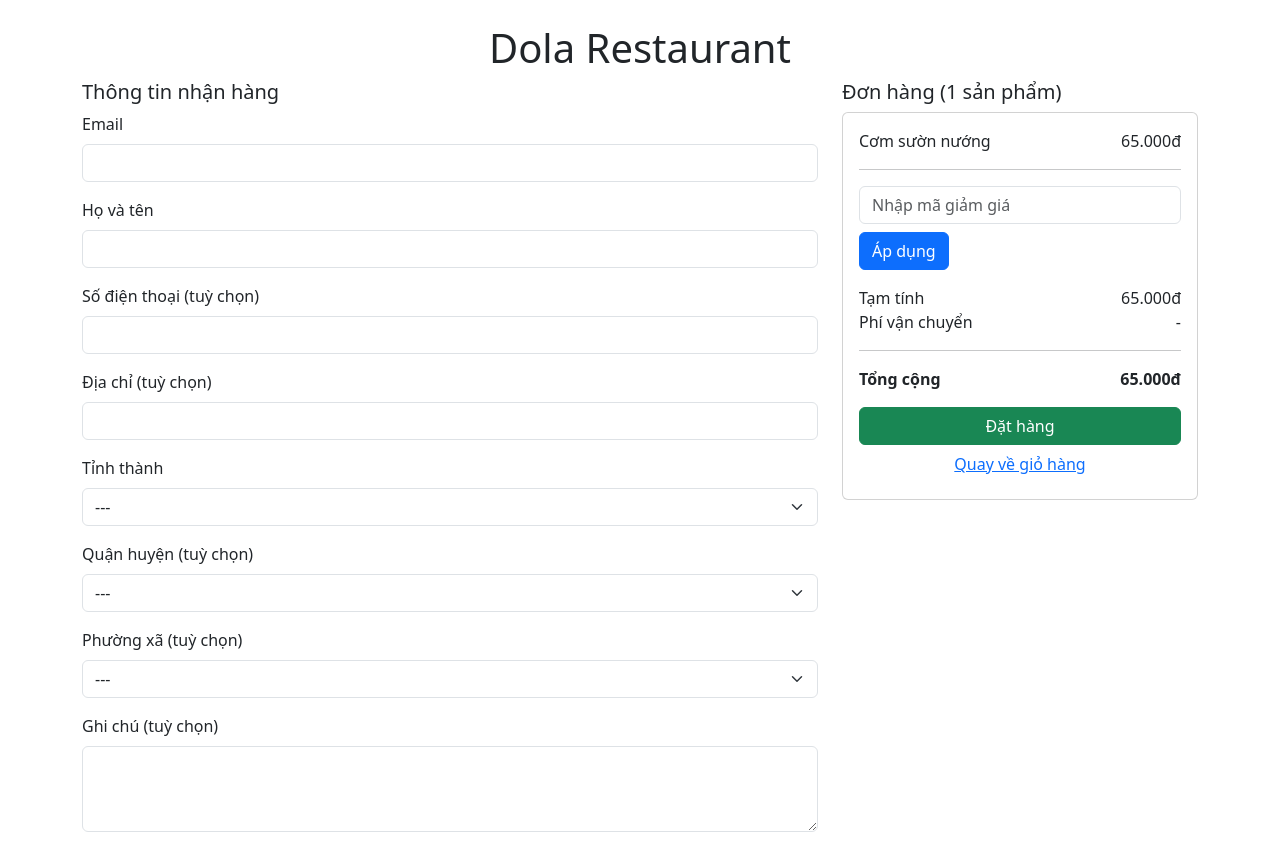
Repository: HoangKhangKhuPho4/Project_Web
Page: payment.html
These files come from the project's save history. The page is drawn as it stood at one moment and after the next save; the edit follows.
The browser window is 1280 px wide. The pictures show the whole page.

Above is the page before, as saved 2025-01-02 23:06:32.

After the next save:
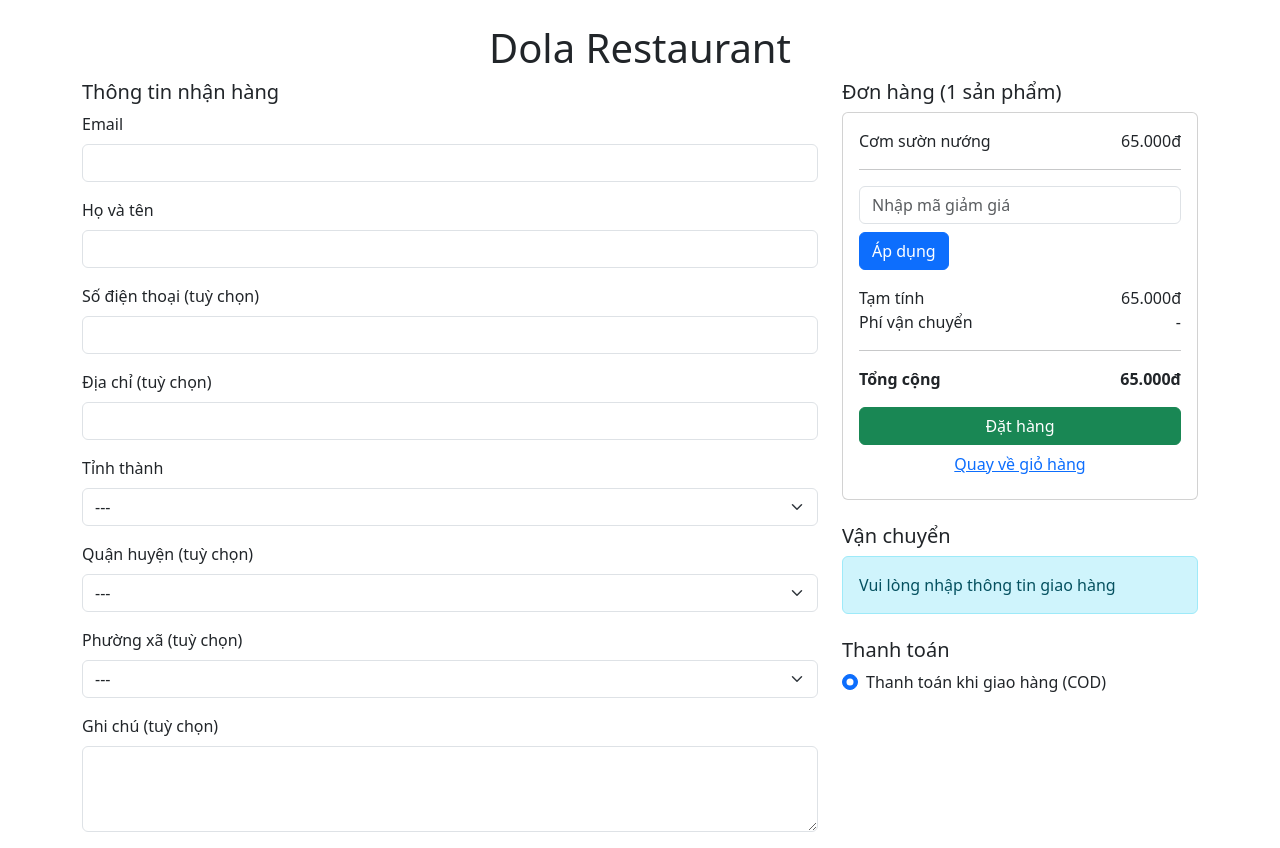
Saved 110 s later.
--- a/payment.html
+++ b/payment.html
@@ -91,6 +91,25 @@
                         <a href="#" class="btn btn-link w-100">Quay về giỏ hàng</a>
                     </div>
                 </div>
+
+                <!-- Shipping Section -->
+                <div class="mt-4">
+                    <h5>Vận chuyển</h5>
+                    <div class="alert alert-info" role="alert">
+                        Vui lòng nhập thông tin giao hàng
+                    </div>
+                </div>
+
+                <!-- Payment Section -->
+                <div class="mt-4">
+                    <h5>Thanh toán</h5>
+                    <div class="form-check">
+                        <input class="form-check-input" type="radio" name="paymentMethod" id="cod" checked>
+                        <label class="form-check-label" for="cod">
+                            Thanh toán khi giao hàng (COD)
+                        </label>
+                    </div>
+                </div>
             </div>
         </div>
     </div>
